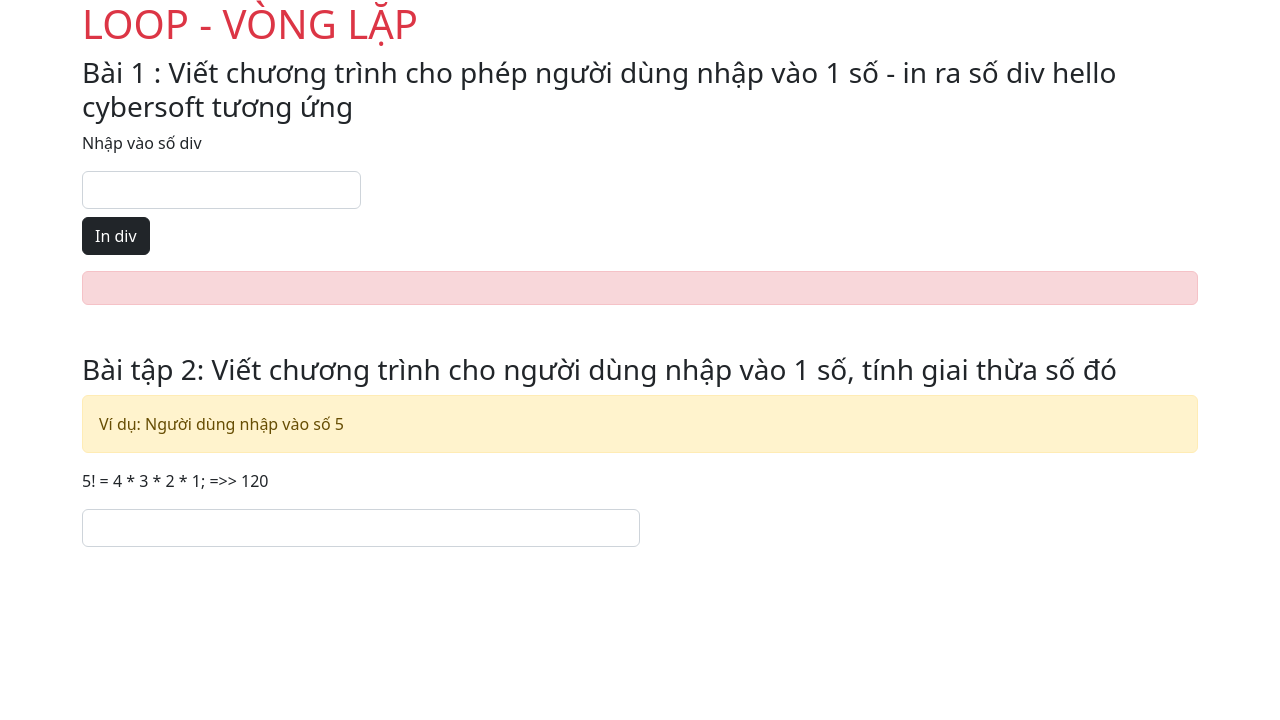
Repository: hcozyph/cyberSoft_JS_fulldocs
Page: JS_6_LOOP/index.html
These files come from the project's save history. The page is drawn as it stood at one moment and after the next save; the edit follows.
The browser window is 1280 px wide. The pictures show the whole page.

Above is the page before, as saved 2023-02-08 20:11:57.

### JS_6_LOOP/index.html
<!DOCTYPE html>
<html lang="en">
    <head>
        <title>JS_6_LOOP</title>
        <!-- Required meta tags -->
        <meta charset="utf-8" />
        <meta
            name="viewport"
            content="width=device-width, initial-scale=1, shrink-to-fit=no"
        />

        <!-- Bootstrap CSS v5.2.1 -->
        <link
            href="https://cdn.jsdelivr.net/npm/bootstrap@5.2.1/dist/css/bootstrap.min.css"
            rel="stylesheet"
            integrity="sha384-iYQeCzEYFbKjA/T2uDLTpkwGzCiq6soy8tYaI1GyVh/UjpbCx/TYkiZhlZB6+fzT"
            crossorigin="anonymous"
        />
    </head>

    <body style="margin: 0 auto; padding: 0">
        <div class="container">
            <h1 class="text-danger" style="margin: 0 auto">LOOP - VÒNG LẶP</h1>

            <!-- BT1: Bài tập in ra số div tương ứng -->
            <h3 class="my-2">
                Bài 1 : Viết chương trình cho phép người dùng nhập vào 1 số - in
                ra số div hello cybersoft tương ứng
            </h3>

            <div class="form-group">
                <p>Nhập vào số div</p>
                <input
                    type="text"
                    name=""
                    class="form-control w-25"
                    id="so-div"
                />

                <button class="btn btn-dark my-2" id="btn-in-div">
                    In div
                </button>
            </div>

            <div class="alert alert-danger mt-2 mb-5" id="ket-qua-bai-1"></div>

            <!-- BT2: Tính giai thừa -->
            <h3>
                Bài tập 2: Viết chương trình cho người dùng nhập vào 1 số, tính giai thừa số đó
            </h3>

            <p class="alert alert-warning">
                Ví dụ: Người dùng nhập vào số 5
                <p>
                    5! = 4 * 3 * 2 * 1; =>> 120
                </p>
            </p>

            <div class="form-group">
                <input type="text" id="so-giai-thua" class="form-control w-50">
            </div>




        </div>

        <!-- Bootstrap JavaScript Libraries -->
        <script
            src="https://cdn.jsdelivr.net/npm/@popperjs/core@2.11.6/dist/umd/popper.min.js"
            integrity="sha384-oBqDVmMz9ATKxIep9tiCxS/Z9fNfEXiDAYTujMAeBAsjFuCZSmKbSSUnQlmh/jp3"
            crossorigin="anonymous"
        ></script>

        <script
            src="https://cdn.jsdelivr.net/npm/bootstrap@5.2.1/dist/js/bootstrap.min.js"
            integrity="sha384-7VPbUDkoPSGFnVtYi0QogXtr74QeVeeIs99Qfg5YCF+TidwNdjvaKZX19NZ/e6oz"
            crossorigin="anonymous"
        ></script>

        <script src="./JS_6/index.js"></script>
    </body>
</html>

### JS_6_LOOP/JS_6/index.js
console.log('lần1');
console.log('lần2');
console.log('lần3');
console.log('lần4');

/*
    Cấu trúc vòng lặp: Dùng để thực hiện 1 hành động được lặp đi lặp lại nhiều lần.

    //CÁC BƯỚC CẤU THÀNH VÒNG LẶP
    B1: Xác định điều kiện thay đổi trong biểu thức lặp (có 1 biến nào đó gọi là biến điều kiện)

    B2: Dựa vào biến thay đổi để thực hiện điều kiện lặp

    B3: Cài đặt xử lý trong mỗi lần lặp

    B4: Thay đổi giá trị của biến điều kiện để đến 1 lúc nào đó nó sẽ dừng

*/

////

//Bước 1: Xác định điều kiện lặp
var soLan = 0;

//Bước 2: Điều kiện lặp
while (soLan <= 5) {
    //Bước 3: xử lý
    console.log('hello CyberSoft ! lần' + soLan);

    //Bước 4: thay đổi điều kiện sau mỗi lần lặp để DỪNG
    soLan += 1;
};

////////////////////////////////////////////////////////

//BÀI 1: Bài tập in ra số div tương ứng

document.getElementById('btn-in-div').onclick = function () {

    //input: số lượng div
    var soLuongDiv = Number(document.getElementById('so-div').value);

    //output:
    var htmlOutput = '';

    //process:

    //B1: xác định điều kiện thay đổi - khai báo biến điều kiện
    var soLan = 1;

    //B2: Điều kiện lặp
    while (soLan <= soLuongDiv) {

        //B3: Xử lý mỗi lần lặp
        htmlOutput = htmlOutput + '<div>Helu</div>';

        //B4: Thay đổi điều kiện để stop loop
        soLan += 1;
    }

    //////////////////Nhớ đặt trong function//////////////
    //In output ra giao điện
    document.getElementById('ket-qua-bai-1').innerHTML = htmlOutput;
}

After the next save:
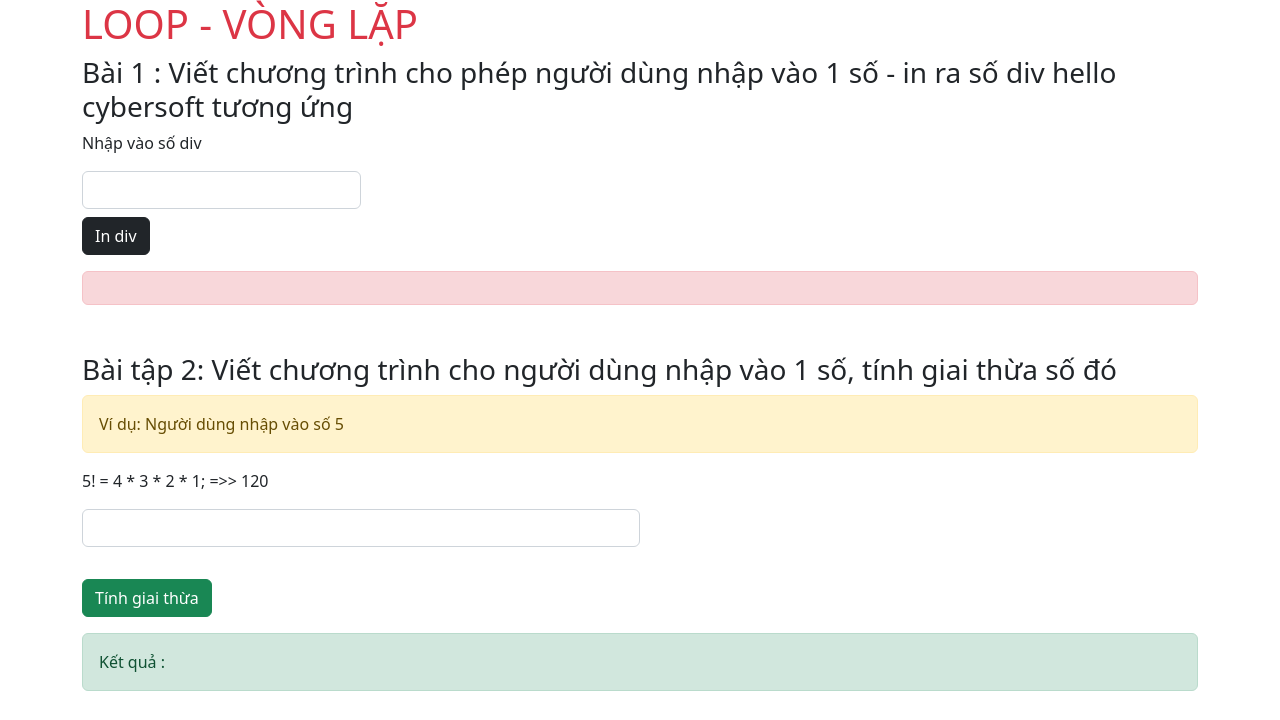
Saved 98 s later.
--- a/JS_6_LOOP/index.html
+++ b/JS_6_LOOP/index.html
@@ -57,8 +57,13 @@
             </p>
 
             <div class="form-group">
-                <input type="text" id="so-giai-thua" class="form-control w-50">
+                <input type="text" id="so-giai-thua" class="form-control w-50"> <br>
+                <button class="my-2 btn btn-success" id="btn-tinh-giai-thua">Tính giai thừa</button>
             </div>
+
+            <p class="alert alert-success my-2">
+                Kết quả : <span id="ket-qua-bai-2"></span>
+            </p>
 
 
 
